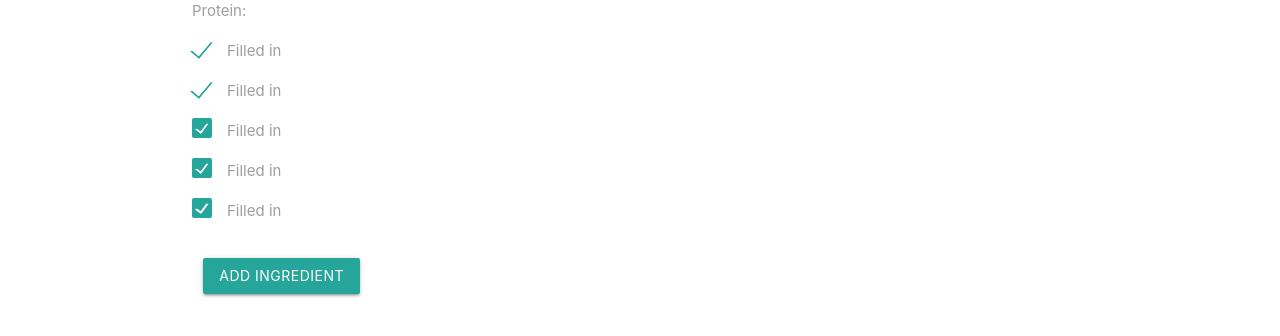
Repository: Aaron-R-Carter/Project1
Page: prototype.html
An editor plug-in stored every save of this project. The page is shown before and after the next save, followed by the edit.
The browser window is 1280 px wide. The pictures show the whole page.

Above is the page before, as saved 2019-10-31 22:55:22.
Console error: SyntaxError: Unexpected token '<'

### prototype.html
<!DOCTYPE html>
<html>

<head>
    <!--Import Google Icon Font-->
    <link href="https://fonts.googleapis.com/icon?family=Material+Icons" rel="stylesheet">
    <!--Import materialize.css-->
    <link rel="stylesheet" href="https://cdnjs.cloudflare.com/ajax/libs/materialize/1.0.0/css/materialize.min.css">
    <link rel="stylesheet" href="./prototype.css">
    <!--Let browser know website is optimized for mobile-->
    <meta name="viewport" content="width=device-width, initial-scale=1.0" />

</head>

<body>

    <div class="container">
        <div id="check-box" class="row">
            <label type="text" class="label">Protein:</label>
            <form action="#">
                <p>
                    <label>
                        <input type="checkbox" class="Chicken" checked="checked" />
                        <span>Filled in</span>
                    </label>
                </p>
                <p>
                    <label>
                        <input type="checkbox" class="Beef" checked="checked" />
                        <span>Filled in</span>
                    </label>
                </p>
                <p>
                    <label>
                        <input type="checkbox" class="filled-in" checked="checked" />
                        <span>Filled in</span>
                    </label>
                </p>
                <p>
                    <label>
                        <input type="checkbox" class="filled-in" checked="checked" />
                        <span>Filled in</span>
                    </label>
                </p>
                <p>
                    <label>
                        <input type="checkbox" class="filled-in" checked="checked" />
                        <span>Filled in</span>
                    </label>
                </p>
            </form>
        </div>

        <form id="ingredient-add-btn" class="row">

            <!-- Button will trigger new ingredient to be added -->
            <div class="col s 12">
                <input id="add " class="btn btn-primary mb-2" type="submit" value="add ingredient">
            </div>
        </form>


        <div id="ingredient-view-button"></div>

    </div>



    <script src="https://code.jquery.com/jquery-3.4.1.min.js"
        integrity="sha256-CSXorXvZcTkaix6Yvo6HppcZGetbYMGWSFlBw8HfCJo=" crossorigin="anonymous"></script>
    <script src="https://cdnjs.cloudflare.com/ajax/libs/materialize/1.0.0/js/materialize.min.js"></script>
    <script src="./script.js"></script>

</body>

</html>

### prototype.css
#form-page {
    width: 100%;
    height: 200px;
    border: 2px solid black;
}
.label {
    font-size: 15px;
}
#ingredient-input {
    width: 100%;
    height: 200px;
    border: 2px solid black;
}

### script.js

    <div id="left-box">
    <form id="ingredient-form">
        <label for="ingredient-input">List of Ingredients:</label>
        <br>
        <input type="text" id="ingredient-input" placeholder="Ingredients">

        <!-- Button will trigger new ingredients to be added -->
        <input id="add " class="btn btn-primary mb-2" type="submit" value="Add a zipcode">
    </form>

    <div id="zipcode-view"></div>
</div>

After the next save:
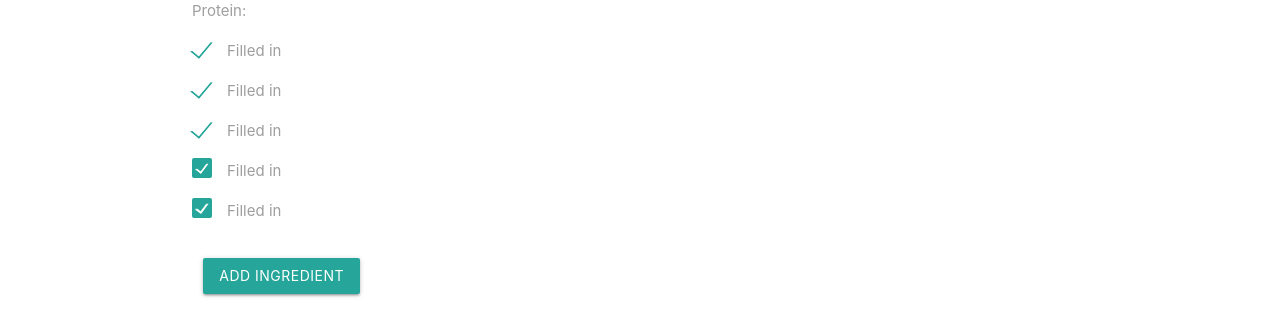
Saved 9 s later.
--- a/prototype.html
+++ b/prototype.html
@@ -32,7 +32,7 @@
                 </p>
                 <p>
                     <label>
-                        <input type="checkbox" class="filled-in" checked="checked" />
+                        <input type="checkbox" class="Pork" checked="checked" />
                         <span>Filled in</span>
                     </label>
                 </p>
